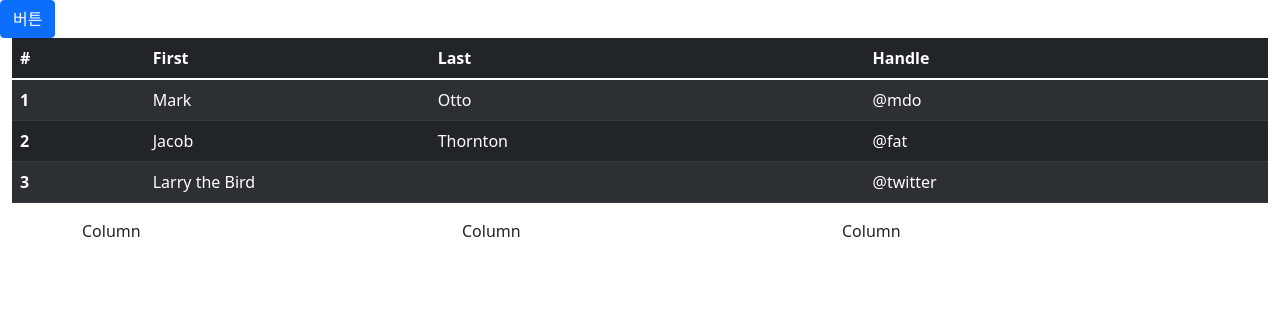
Repository: izuiw/team
Page: http://localhost/qCali/WEB-INF/views/test.jsp
An editor plug-in stored every save of this project. The page is shown before and after the next save, followed by the edit.
The browser window is 1280 px wide. The pictures show the whole page.
The page is served by Tomcat 9. Nobody is signed in. The template is opened directly, without the code that normally fills it, so the values that code supplies are empty.

Above is the page before, as saved 2022-04-29 06:34:44.

After the next save:
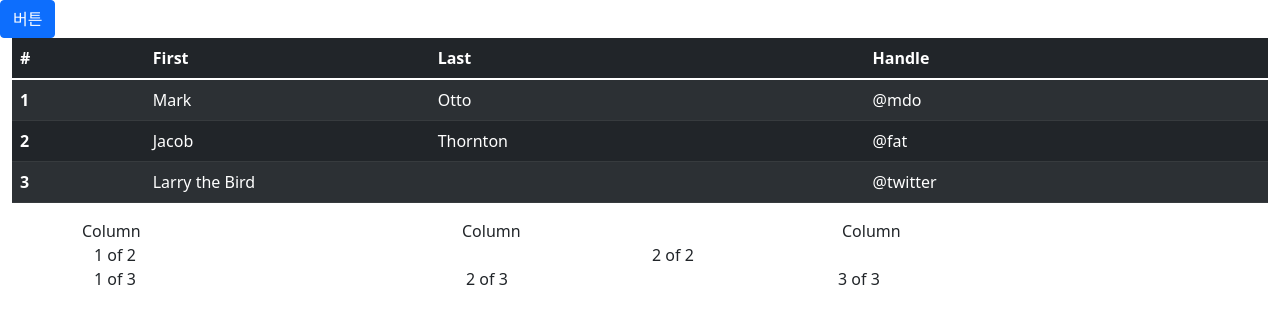
Saved 38 s later.
--- a/qCali/src/main/webapp/WEB-INF/views/test.jsp
+++ b/qCali/src/main/webapp/WEB-INF/views/test.jsp
@@ -52,6 +52,27 @@
       Column
     </div>
   </div>
+  <div class="container">
+  <div class="row">
+    <div class="col">
+      1 of 2
+    </div>
+    <div class="col">
+      2 of 2
+    </div>
+  </div>
+  <div class="row">
+    <div class="col">
+      1 of 3
+    </div>
+    <div class="col">
+      2 of 3
+    </div>
+    <div class="col">
+      3 of 3
+    </div>
+  </div>
+</div>
 </div>
 
 </div>
